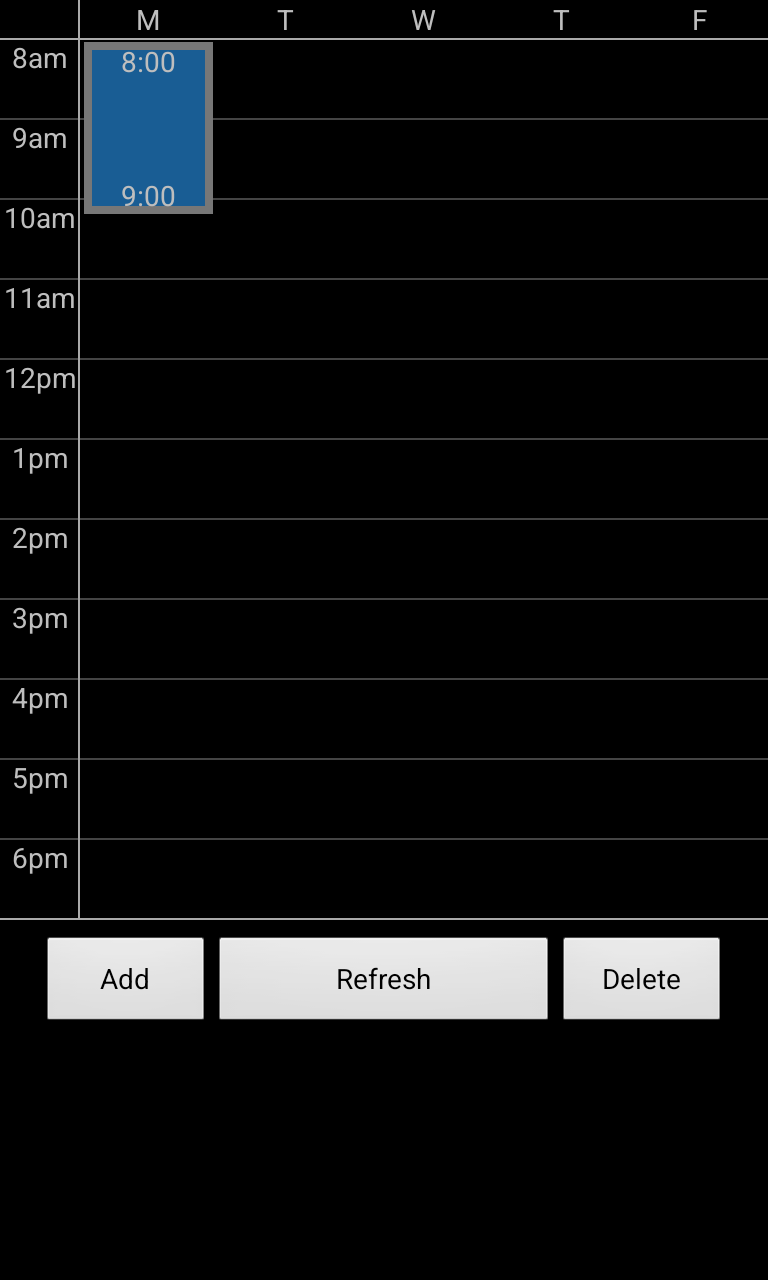
Repository: appsfactory/OfficeHours
Layout: OfficeHoursClient/res/layout/activity_schedule_view.xml
The author's editor kept a copy of each file at every save. The layout is drawn from the files as they stood at one save, then again after the next save.
It is drawn on a 768 x 1280 px phone screen (xhdpi) without system bars, with theme AppTheme; the app's code is not run.

Above is the layout before, as saved 2012-09-28 14:05:26.

### OfficeHoursClient/res/layout/activity_schedule_view.xml
<?xml version="1.0" encoding="utf-8"?>
<LinearLayout xmlns:android="http://schemas.android.com/apk/res/android"
    android:layout_width="fill_parent"
    android:layout_height="wrap_content"
    android:orientation="vertical" >


    <RelativeLayout
        android:id="@+id/relativeLayout1"
        android:layout_width="match_parent"
        android:layout_height="wrap_content" >

        <TextView android:background="#aaa" android:layout_width = "1dp" android:layout_height="wrap_content" android:layout_marginTop="0dp" android:layout_marginLeft="39dp" android:text=" "/>

		<!-- HEADERS -->
        <LinearLayout
            android:id="@+id/linearLayout1"
            android:layout_width="wrap_content"
            android:layout_height="wrap_content"
            android:layout_alignParentLeft="true"
            android:layout_alignParentRight="true"
            android:layout_alignParentTop="true" >

            <TextView
                android:id="@+id/mon_header"
                android:layout_width="0dp"
                android:layout_height="wrap_content"
                android:layout_marginLeft="40dp"
                android:layout_weight="2"
                android:gravity="center"
                android:text="M" />

            <TextView
                android:id="@+id/tue_header"
                android:layout_width="0dp"
                android:layout_height="wrap_content"
                android:layout_weight="2"
                android:gravity="center"
                android:text="T" />

            <TextView
                android:id="@+id/wed_header"
                android:layout_width="0dp"
                android:layout_height="wrap_content"
                android:layout_weight="2"
                android:gravity="center"
                android:text="W" />

            <TextView
                android:id="@+id/thu_header"
                android:layout_width="0dp"
                android:layout_height="wrap_content"
                android:layout_weight="2"
                android:gravity="center"
                android:text="T" />

            <TextView
                android:id="@+id/fri_header"
                android:layout_width="0dp"
                android:layout_height="wrap_content"
                android:layout_weight="2"
                android:gravity="center"
                android:text="F" />
        </LinearLayout>
    </RelativeLayout>

    <ScrollView
        android:id="@+id/scrollView1"
        android:layout_width="match_parent"
        android:layout_height="wrap_content"
        android:padding="0dp"
        android:scrollbars="none" >"

		<!--  GRID/BORDERS -->
        <RelativeLayout
            android:id="@+id/relativeLayout242"
            android:layout_width="match_parent"
            android:layout_height="wrap_content"
            android:padding="0dp" >



            <View android:background="#aaa" android:layout_width = "fill_parent" android:layout_height="1dp" android:layout_marginTop="0dp" />
            <View android:background="#444" android:layout_width = "fill_parent" android:layout_height="1dp" android:layout_marginTop="40dp"/>
            <View android:background="#444" android:layout_width = "fill_parent" android:layout_height="1dp" android:layout_marginTop="80dp"/>
            <View android:background="#444" android:layout_width = "fill_parent" android:layout_height="1dp" android:layout_marginTop="120dp"/>
            <View android:background="#444" android:layout_width = "fill_parent" android:layout_height="1dp" android:layout_marginTop="160dp"/>
            <View android:background="#444" android:layout_width = "fill_parent" android:layout_height="1dp" android:layout_marginTop="200dp"/>
            <View android:background="#444" android:layout_width = "fill_parent" android:layout_height="1dp" android:layout_marginTop="240dp"/>
            <View android:background="#444" android:layout_width = "fill_parent" android:layout_height="1dp" android:layout_marginTop="280dp"/>
            <View android:background="#444" android:layout_width = "fill_parent" android:layout_height="1dp" android:layout_marginTop="320dp"/>
            <View android:background="#444" android:layout_width = "fill_parent" android:layout_height="1dp" android:layout_marginTop="360dp"/>
            <View android:background="#444" android:layout_width = "fill_parent" android:layout_height="1dp" android:layout_marginTop="400dp"/>
            <View android:background="#aaa" android:layout_width = "fill_parent" android:layout_height="1dp" android:layout_marginTop="440dp"/>
            <View android:background="#aaa" android:layout_width = "1dp" android:layout_height="441dp" android:layout_marginTop="0dp" android:layout_marginLeft="39dp"/>

<!--
            <View android:background="#777" android:layout_width = "fill_parent" android:layout_height="1dp" android:layout_marginTop="20dp"/>
            <View android:background="#777" android:layout_width = "fill_parent" android:layout_height="1dp" android:layout_marginTop="60dp"/>
            <View android:background="#777" android:layout_width = "fill_parent" android:layout_height="1dp" android:layout_marginTop="100dp"/>
            <View android:background="#777" android:layout_width = "fill_parent" android:layout_height="1dp" android:layout_marginTop="140dp"/>
            <View android:background="#777" android:layout_width = "fill_parent" android:layout_height="1dp" android:layout_marginTop="180dp"/>
            <View android:background="#777" android:layout_width = "fill_parent" android:layout_height="1dp" android:layout_marginTop="220dp"/>
            <View android:background="#777" android:layout_width = "fill_parent" android:layout_height="1dp" android:layout_marginTop="260dp"/>
            <View android:background="#777" android:layout_width = "fill_parent" android:layout_height="1dp" android:layout_marginTop="300dp"/>
            <View android:background="#777" android:layout_width = "fill_parent" android:layout_height="1dp" android:layout_marginTop="340dp"/>
            <View android:background="#777" android:layout_width = "fill_parent" android:layout_height="1dp" android:layout_marginTop="380dp"/>
            <View android:background="#777" android:layout_width = "fill_parent" android:layout_height="1dp" android:layout_marginTop="420dp"/> -->


            <LinearLayout
                android:id="@+id/linearLayout2"
                android:layout_width="match_parent"
                android:layout_height="wrap_content"
                android:padding="0dp" >

                <!-- SIDEBAR -->

                <RelativeLayout
                    android:id="@+id/sidebar"
                    android:layout_width="37dp"
                    android:layout_height="wrap_content"
                    android:layout_marginLeft="1.5dp"
                    android:layout_marginRight="1.5dp"
                    android:padding="0dp" >

                    <TextView
                        android:id="@+id/textView10"
                        android:layout_width="match_parent"
                        android:layout_height="wrap_content"
                        android:layout_marginTop="0dp"
                        android:gravity="center"
                        android:text="8am" />

                    <TextView
                        android:id="@+id/textView10"
                        android:layout_width="match_parent"
                        android:layout_height="wrap_content"
                        android:layout_marginTop="40dp"
                        android:gravity="center"
                        android:text="9am" />

                    <TextView
                        android:id="@+id/textView10"
                        android:layout_width="match_parent"
                        android:layout_height="wrap_content"
                        android:layout_marginTop="80dp"
                        android:gravity="center"
                        android:text="10am" />

                    <TextView
                        android:id="@+id/textView10"
                        android:layout_width="match_parent"
                        android:layout_height="wrap_content"
                        android:layout_marginTop="120dp"
                        android:gravity="center"
                        android:text="11am" />

                    <TextView
                        android:id="@+id/textView10"
                        android:layout_width="match_parent"
                        android:layout_height="wrap_content"
                        android:layout_marginTop="160dp"
                        android:gravity="center"
                        android:text="12pm" />

                    <TextView
                        android:id="@+id/textView10"
                        android:layout_width="match_parent"
                        android:layout_height="wrap_content"
                        android:layout_marginTop="200dp"
                        android:gravity="center"
                        android:text="1pm" />

                    <TextView
                        android:id="@+id/textView10"
                        android:layout_width="match_parent"
                        android:layout_height="wrap_content"
                        android:layout_marginTop="240dp"
                        android:gravity="center"
                        android:text="2pm" />

                    <TextView
                        android:id="@+id/textView10"
                        android:layout_width="match_parent"
                        android:layout_height="wrap_content"
                        android:layout_marginTop="280dp"
                        android:gravity="center"
                        android:text="3pm" />

                    <TextView
                        android:id="@+id/textView10"
                        android:layout_width="match_parent"
                        android:layout_height="wrap_content"
                        android:layout_marginTop="320dp"
                        android:gravity="center"
                        android:text="4pm" />

                    <TextView
                        android:id="@+id/textView10"
                        android:layout_width="match_parent"
                        android:layout_height="wrap_content"
                        android:layout_marginTop="360dp"
                        android:gravity="center"
                        android:text="5pm" />

                    <TextView
                        android:id="@+id/textView10"
                        android:layout_width="match_parent"
                        android:layout_height="wrap_content"
                        android:layout_marginTop="400dp"
                        android:gravity="center"
                        android:text="6pm" />
                </RelativeLayout>

                <RelativeLayout
                    android:id="@+id/relativeLayout3"
                    android:layout_width="0dp"
                    android:layout_height="match_parent"
                    android:layout_weight="14"
                    android:padding="0dp" >

                    <LinearLayout
                        android:id="@+id/linearLayout3"
                        android:layout_width="match_parent"
                        android:layout_height="wrap_content"
                        android:layout_alignParentLeft="true"
                        android:layout_alignParentRight="true"
                        android:layout_alignParentTop="true"
                        android:padding="0dp" >


                        <!-- COLUMNS -->
                        <RelativeLayout
                            android:id="@+id/moncolumn"
                            android:layout_width="0dp"
                            android:layout_height="match_parent"
                            android:layout_weight="1" >
							<RelativeLayout
							    android:layout_width="fill_parent"
							    android:layout_height="86dp"
							    android:layout_margin="2dp"
							    android:background="#777">
							    <View android:background="#195D94" android:layout_width = "fill_parent" android:layout_height="82dp" android:layout_margin="4dp" />
							    <TextView
							    	android:layout_width="fill_parent"
							    	android:layout_height="wrap_content"
							    	android:layout_alignParentTop="true"
							    	android:text="8:00"
							    	android:gravity="center_horizontal"/>
							    <TextView
							    	android:layout_width="fill_parent"
							    	android:layout_height="wrap_content"
							    	android:layout_alignParentBottom="true"
							    	android:text="9:00"
							    	android:gravity="center_horizontal"/>

							</RelativeLayout>


                        </RelativeLayout>

                        <RelativeLayout
                            android:id="@+id/tuecolumn"
                            android:layout_width="0dp"
                            android:layout_height="match_parent"
                            android:layout_weight="1" >

                        </RelativeLayout>

                        <RelativeLayout
                            android:id="@+id/wedcolumn"
                            android:layout_width="0dp"
                            android:layout_height="match_parent"
                            android:layout_weight="1" >

                        </RelativeLayout>

                        <RelativeLayout
                            android:id="@+id/thucolumn"
                            android:layout_width="0dp"
                            android:layout_height="match_parent"
                            android:layout_weight="1" >

                        </RelativeLayout>

                        <RelativeLayout
                            android:id="@+id/fricolumn"
                            android:layout_width="0dp"
                            android:layout_height="match_parent"
                            android:layout_weight="1" >

                            <Button
                                android:id="@+id/button1"
                                android:layout_width="fill_parent"
                                android:layout_height="180dp"
                                android:layout_marginTop="480dp"
                                android:text="Some Event" />

                        </RelativeLayout>

                    </LinearLayout>
                </RelativeLayout>
            </LinearLayout>
        </RelativeLayout>
    </ScrollView>

    <LinearLayout
        android:id="@+id/footer"
        android:layout_width="match_parent"
        android:layout_height="wrap_content"
        android:padding="0dp"
        android:layout_marginTop="7.5dp"
        android:layout_marginLeft="20dp"
        android:layout_marginRight="20dp" >

        <Button
            android:id="@+id/addbutton"
            android:layout_width="0dp"
            android:layout_height="fill_parent"
            android:layout_weight="1"
            android:text="Add" />
        <Button
            android:id="@+id/addbutton"
            android:layout_width="0dp"
            android:layout_height="fill_parent"
            android:layout_weight="2"
            android:text="Refresh" />
        <Button
            android:id="@+id/addbutton"
            android:layout_width="0dp"
            android:layout_height="fill_parent"
            android:layout_weight="1"
            android:text="Delete" />

    </LinearLayout>

</LinearLayout>

### OfficeHoursClient/res/values/styles.xml
<resources xmlns:android="http://schemas.android.com/apk/res/android">

    <style name="AppTheme" parent="android:Theme.Black.NoTitleBar" />
</resources>

After the next save:
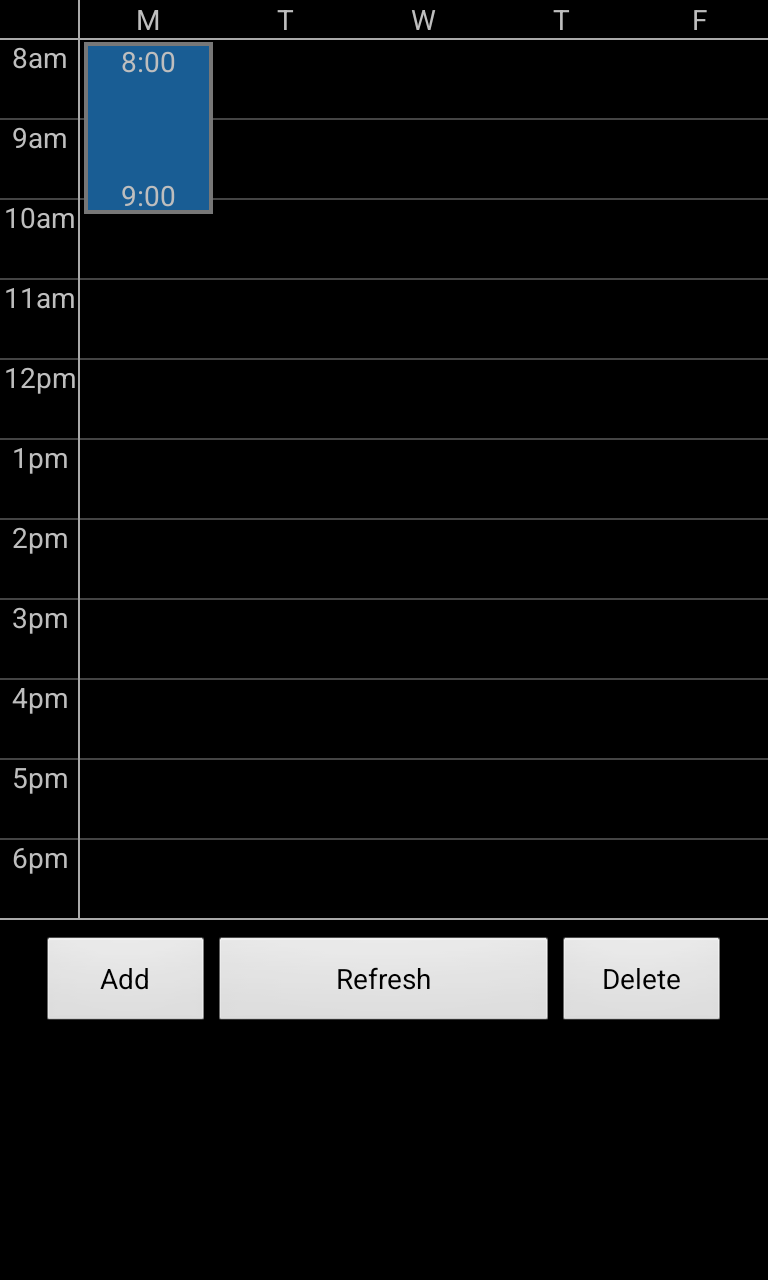
Saved 76 s later.
--- a/OfficeHoursClient/res/layout/activity_schedule_view.xml
+++ b/OfficeHoursClient/res/layout/activity_schedule_view.xml
@@ -241,7 +241,7 @@
 							    android:layout_height="86dp"
 							    android:layout_margin="2dp"
 							    android:background="#777">
-							    <View android:background="#195D94" android:layout_width = "fill_parent" android:layout_height="82dp" android:layout_margin="4dp" />
+							    <View android:background="#195D94" android:layout_width = "fill_parent" android:layout_height="82dp" android:layout_margin="2dp" />
 							    <TextView
 							    	android:layout_width="fill_parent"
 							    	android:layout_height="wrap_content"
